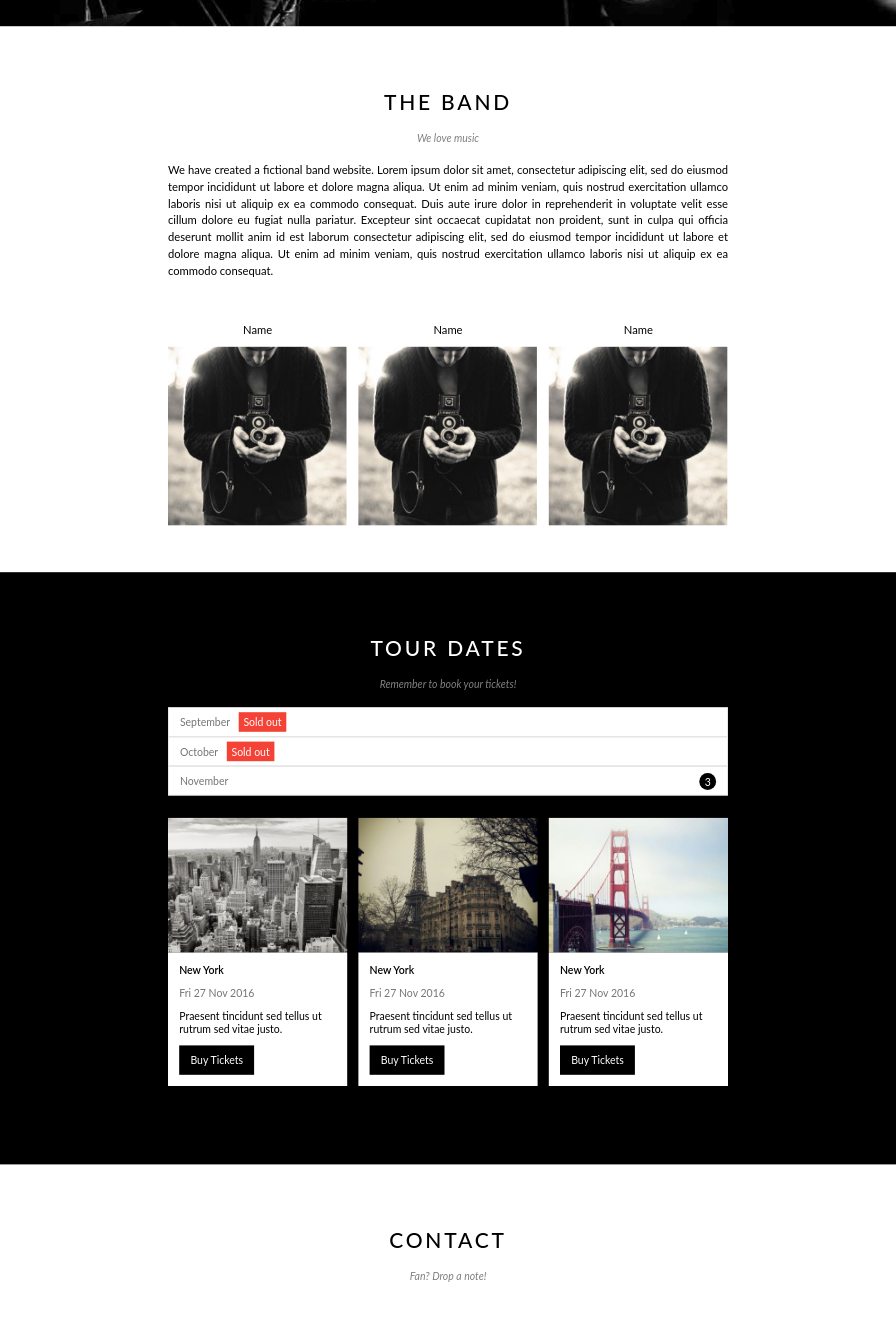
Repository: tatvanhco/web-dau-tay
Page: index.html
These files come from the project's save history. The page is drawn as it stood at one moment and after the next save; the edit follows.
The browser window is 1280 px wide. The pictures show the part of the page from y = 649 to 2569 px (the page is 2569 px tall before and 2468 px after), at 70% of full size.

Above is the page before, as saved 2022-01-23 20:59:56.

After the next save:
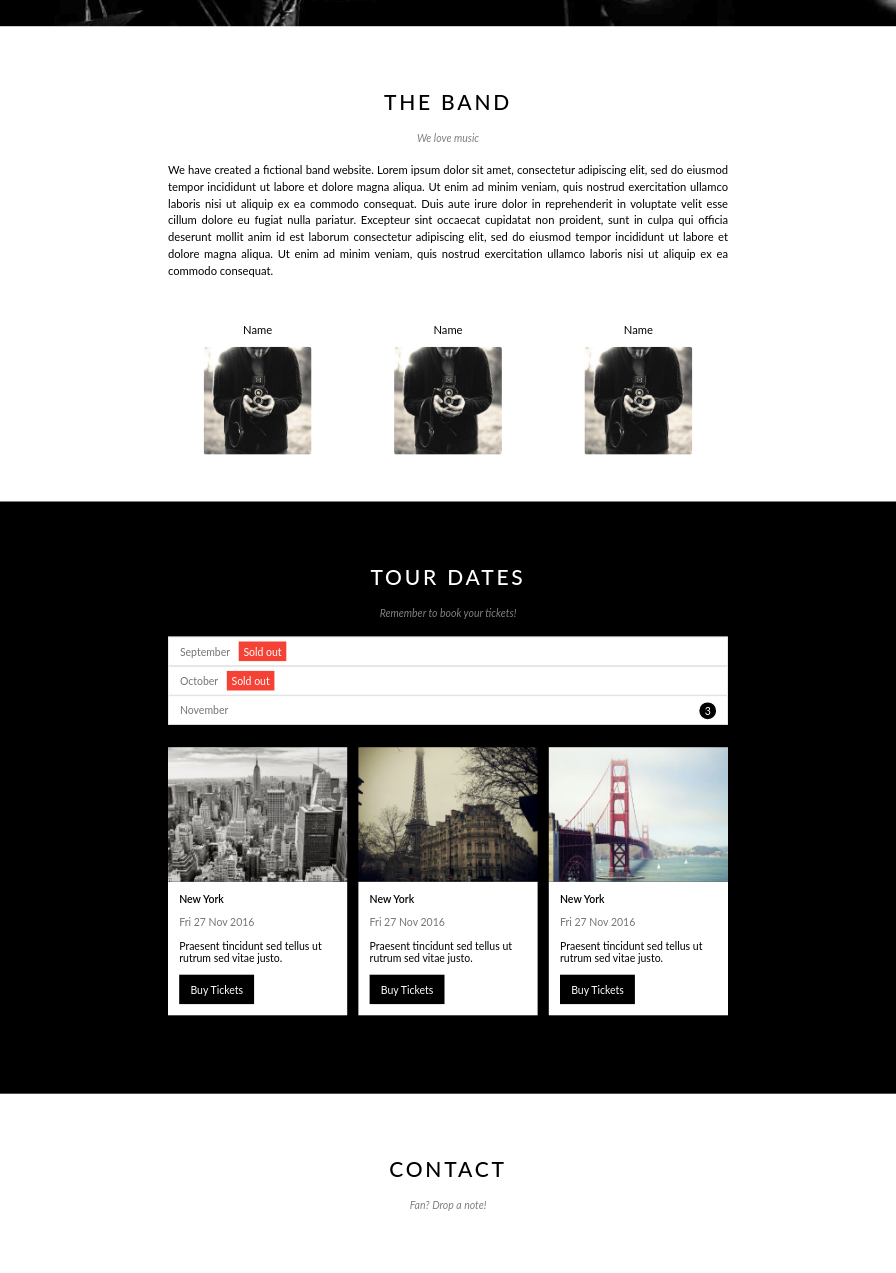
Saved 6 s later.
--- a/index.html
+++ b/index.html
@@ -51,17 +51,17 @@
                 <div class="row team">
                     <div class="col col-3 text-center">
                         <p class="team-name">Name</p>
-                        <img src="./assets/img/band/member.jpg" >
+                        <img src="./assets/img/band/member.jpg" class="team-img">
                     </div>
 
                     <div class="col col-3 text-center">
                         <p class="team-name">Name</p>
-                        <img src="./assets/img/band/member.jpg" >
+                        <img src="./assets/img/band/member.jpg" class="team-img">
                     </div>
 
                     <div class="col col-3 text-center">
                         <p class="team-name">Name</p>
-                        <img src="./assets/img/band/member.jpg" >
+                        <img src="./assets/img/band/member.jpg" class="team-img">
                     </div>
                 </div>
                 <div class="clear"></div>
